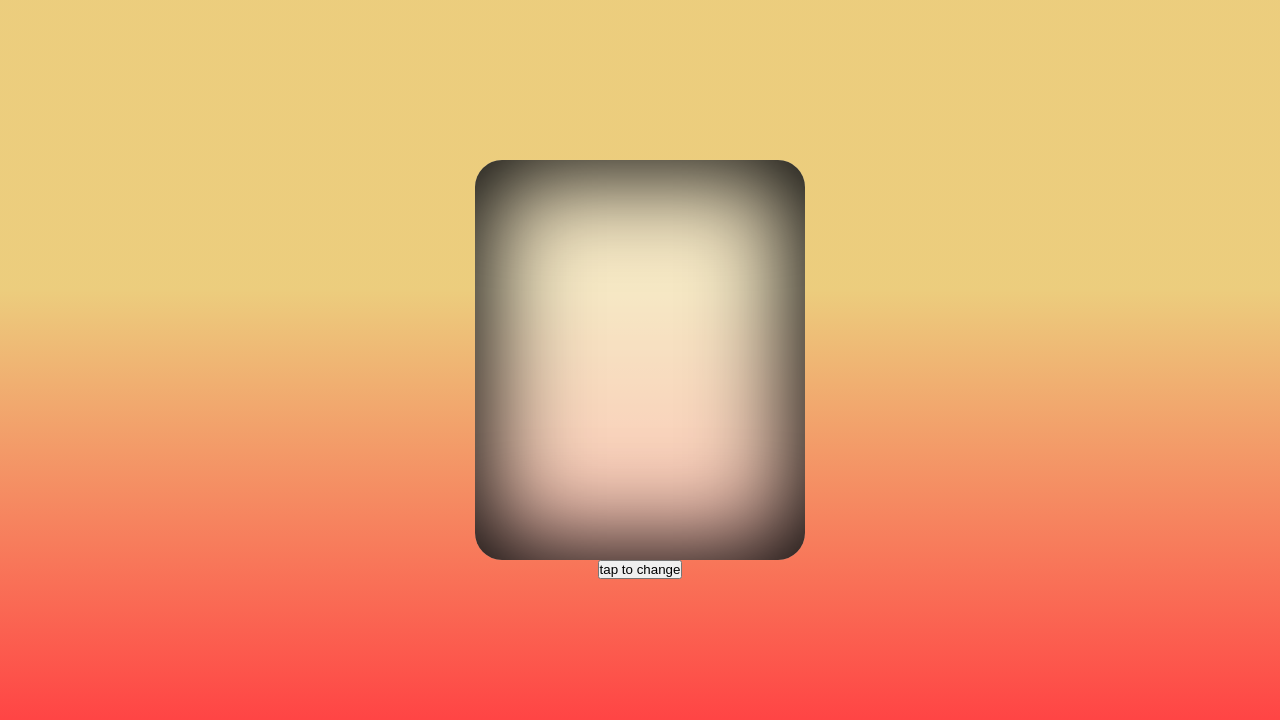
Repository: ThanhThn/profile
Page: index.html
An editor plug-in stored every save of this project. The page is shown before and after the next save, followed by the edit.
The browser window is 1280 px wide. The pictures show the whole page.

Above is the page before, as saved 2022-12-04 23:44:54.

### index.html
<!DOCTYPE html>
<html lang="en">
<head>
    <meta charset="UTF-8">
    <meta http-equiv="X-UA-Compatible" content="IE=edge">
    <meta name="viewport" content="width=device-width, initial-scale=1.0">
    <title>Document</title>
    <link rel="stylesheet" href="style.css">
</head>
<body>
    <div class="container">
        <div class="content"></div>
        <button>tap to change</button>
    </div>
</body>
</html>

### style.css
*{
    padding: 0;
    margin: 0;
    box-sizing: border-box;
}

body{
    background:  linear-gradient( to bottom, rgba(223, 172,39,60%) 40%, rgba(255,22,22,80%) 100% );
    width: 100%;
    height: 100vh;
}
.container{
    position: absolute;
    top: calc((100% - 400px)/2);
    left: calc((100% - 330px)/2);
    display: flex;
    flex-direction: column;
    align-items: center;
}

.content{
    width: 330px;
    height: 400px;
    background: rgba(255, 255, 255, 55%);
    border-radius: 27px;
    box-shadow: inset 0px 0px 100px 12px black;
}

After the next save:
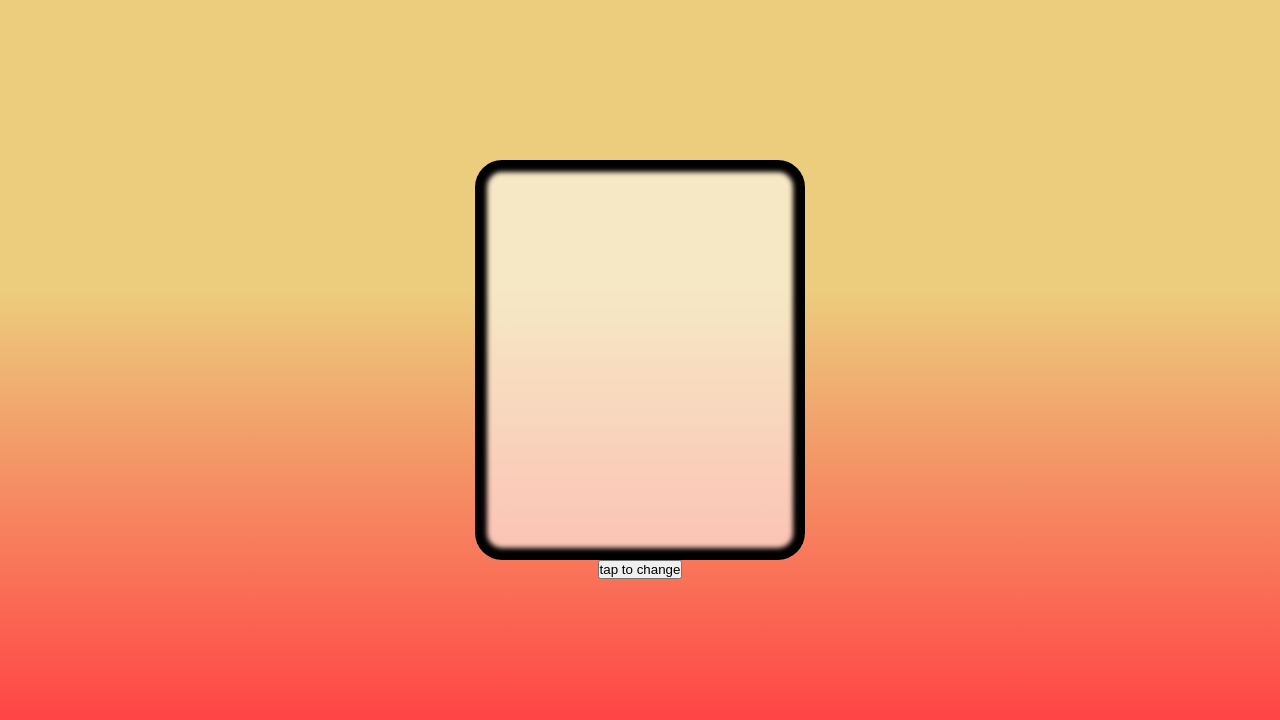
Saved 7 s later.
--- a/style.css
+++ b/style.css
@@ -23,5 +23,5 @@ body{
     height: 400px;
     background: rgba(255, 255, 255, 55%);
     border-radius: 27px;
-    box-shadow: inset 0px 0px 100px 12px black;
+    box-shadow: inset 0px 0px 5px 12px black;
 }
